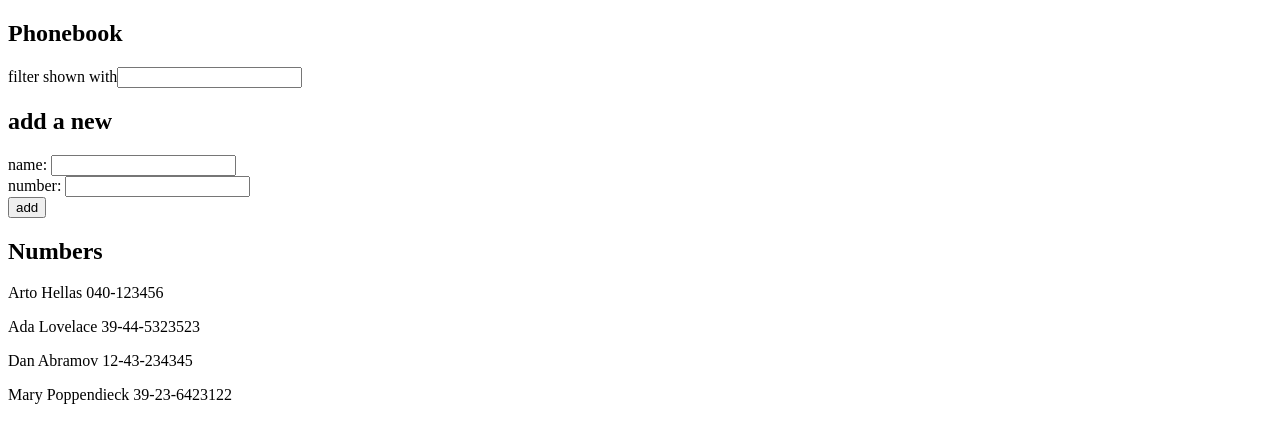
Repository: mariocapitbrok/helsinki-fullstack
Page: / (app in part2/phonebook/)
These files come from the project's save history. The page is drawn as it stood at one moment and after the next save; the edit follows.
The browser window is 1280 px wide. The pictures show the whole page.
The page's requests for data from a server got no answer. The project was rebuilt for these pictures with package versions that can differ from the ones it lists, and the page was loaded fresh each time. No one was signed in, and anything a server would have sent is missing.

Above is the page before, as saved 2022-01-12 19:02:48.

After the next save:
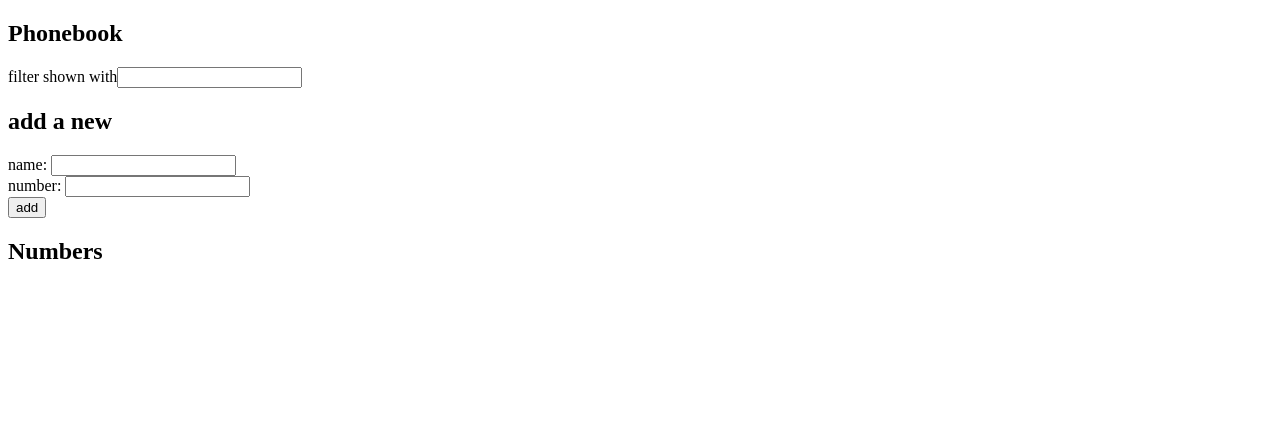
Saved 100 s later.
--- a/part2/phonebook/src/App.js
+++ b/part2/phonebook/src/App.js
@@ -6,14 +6,15 @@ import Persons from './components/Persons'
 
 const App = () => {
   const [newFilter, setNewFilter] = useState('')
-  const [persons, setPersons] = useState([
-    { name: 'Arto Hellas', number: '040-123456', id: 1 },
-    { name: 'Ada Lovelace', number: '39-44-5323523', id: 2 },
-    { name: 'Dan Abramov', number: '12-43-234345', id: 3 },
-    { name: 'Mary Poppendieck', number: '39-23-6423122', id: 4 },
-  ])
+  const [persons, setPersons] = useState([])
   const [newName, setNewName] = useState('')
   const [newNumber, setNewNumber] = useState('')
+
+  useEffect(() => {
+    axios.get('http://localhost:3001/persons').then((response) => {
+      setPersons(response.data)
+    })
+  }, [])
 
   const handleSubmit = (e) => {
     e.preventDefault()
